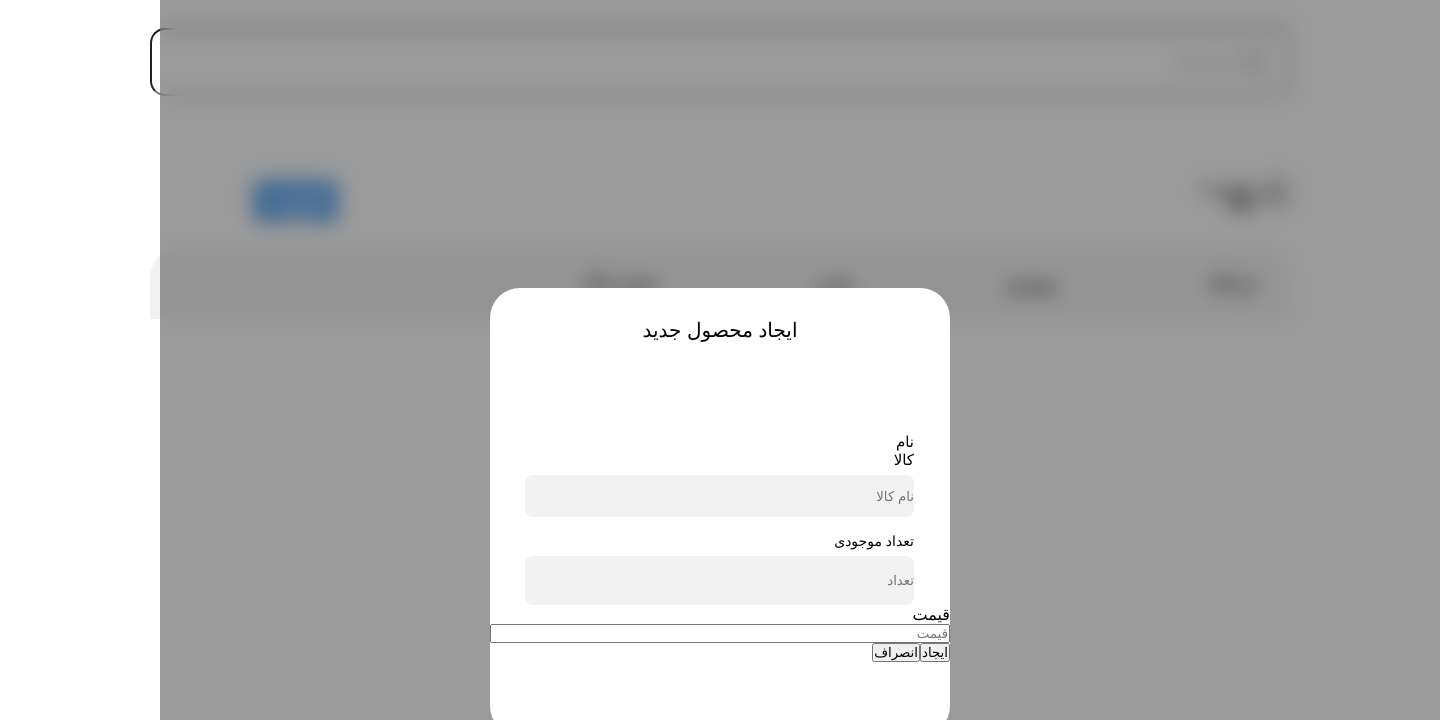
Repository: sobhan-rahimii/project-panel-admin-Next.Js
Page: /dashboard, after clicking the first element matching `button.Dashboard_7644c_addproduct`
These files come from the project's save history. The page is drawn as it stood at one moment and after the next save; the edit follows.
The browser window is 1280 px wide. The page is 1440 px wide, so the pictures cover 1440 px, including what lies to the right of the window. The pictures show the whole page.
The page's requests for data from a server got no answer. The project was rebuilt for these pictures with package versions that can differ from the ones it lists, and the page was loaded fresh each time. The framework's server and built-in components were replaced by stand-ins that run in the browser. No one was signed in, and anything a server would have sent is missing. Also part of the build but not shown: next.config.mjs.

Above is the page before, as saved 2025-09-01 15:45:48.

After the next save:
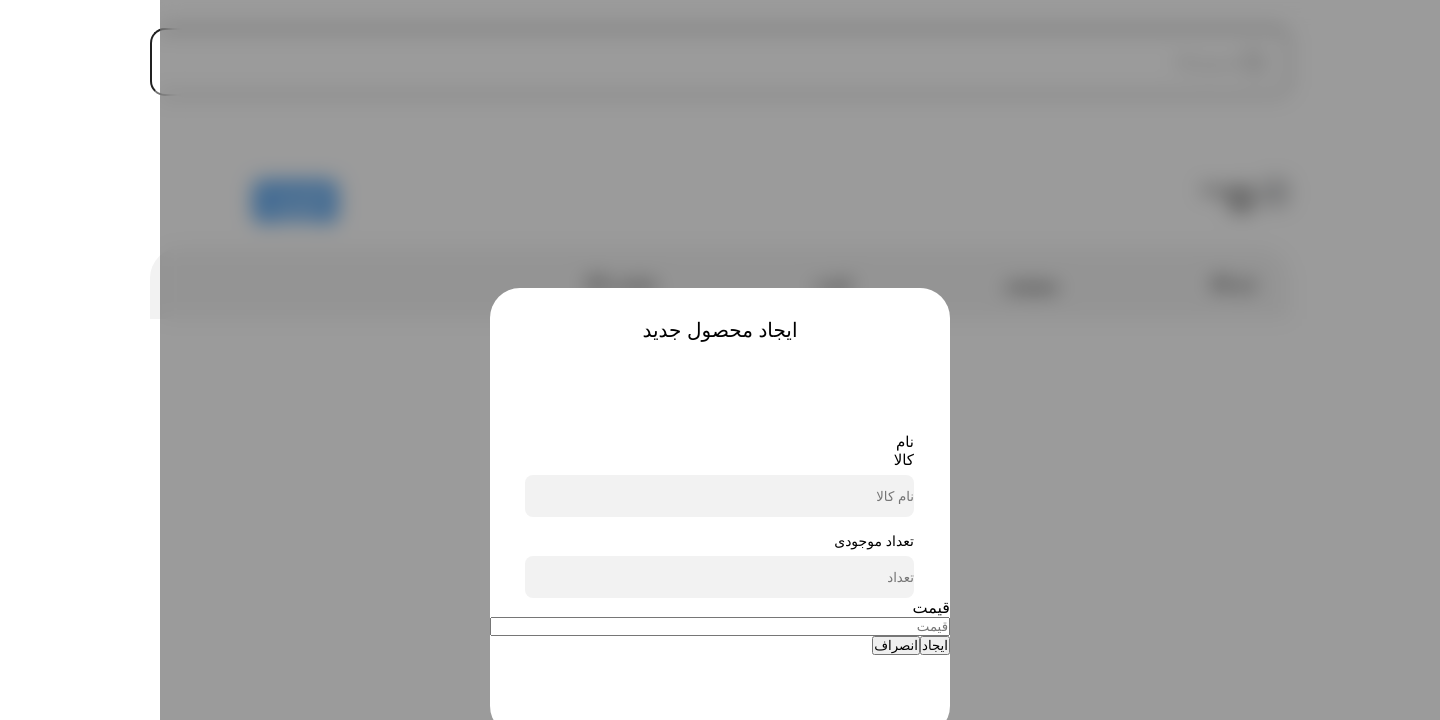
Saved 17 s later.
--- a/styles/AddProductModal.module.css
+++ b/styles/AddProductModal.module.css
@@ -63,7 +63,7 @@
 }
 .input2{
     width: 389px;
-    height: 49px;
+    height: 42px;
     border-radius: 8px;
     border: none;
     margin-right: 36px;
